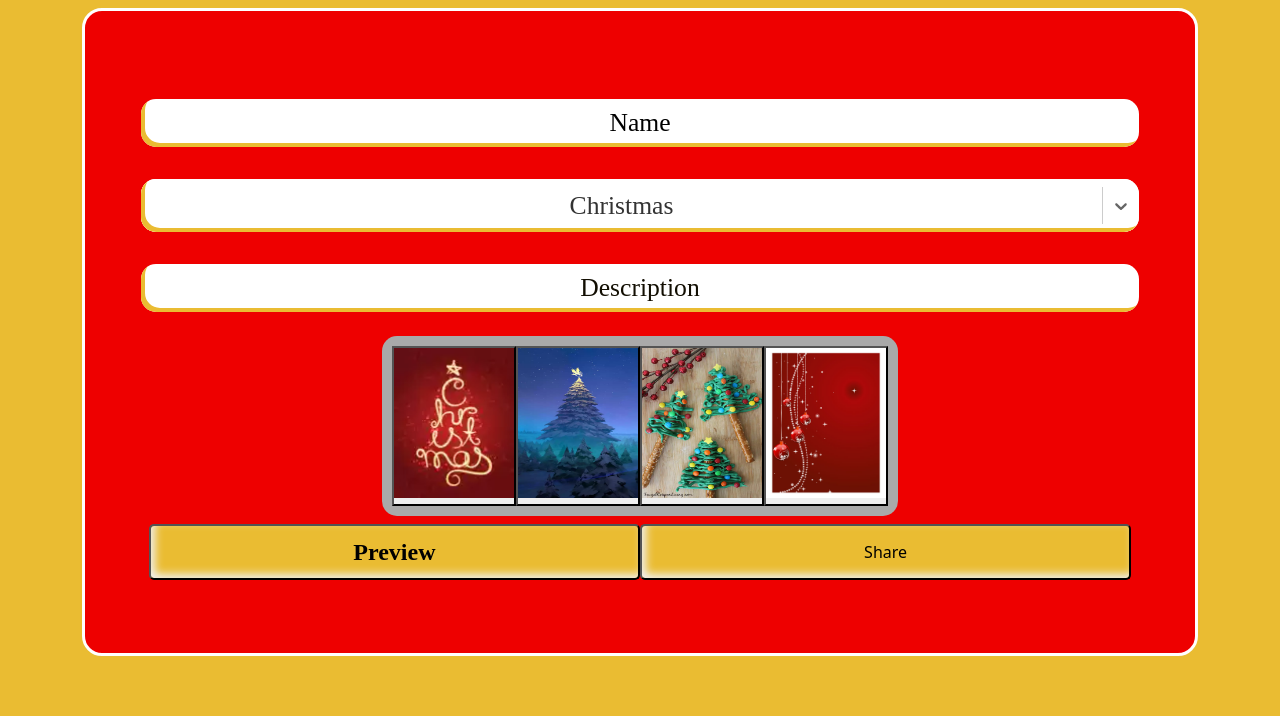
Repository: Haneef-Shaik/Greetings
Page: /
The author's editor kept a copy of each file at every save. The page is drawn from the files as they stood at one save, then again after the next save.
The browser window is 1280 px wide. The pictures show the whole page.
The project was rebuilt for these pictures with package versions that can differ from the ones it lists, and the page was loaded fresh each time. The framework's server and built-in components were replaced by stand-ins that run in the browser. Also part of the build but not shown: next.config.js, styles/card.module.scss, components/card.js, styles/socialShare.module.scss, components/socialShare.js.

Above is the page before, as saved 2021-12-05 22:24:14.

After the next save:
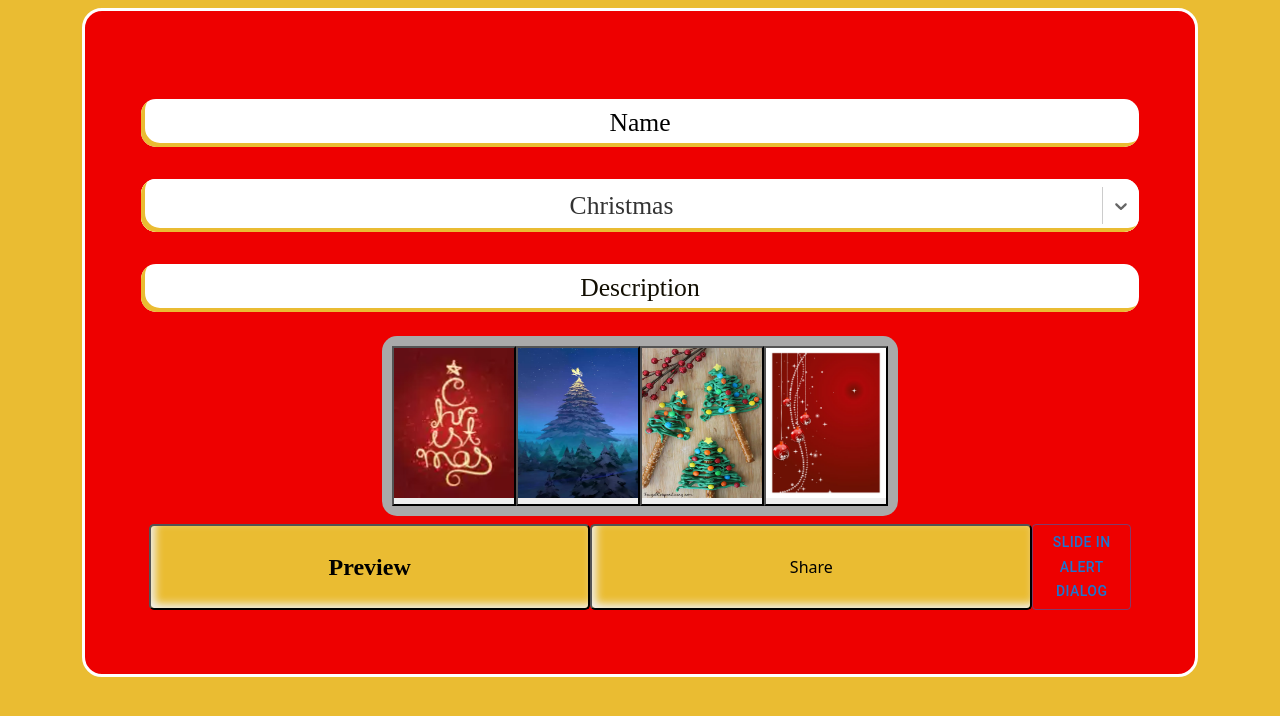
Saved 13 min 26 s later.
--- a/components/inpForm.jsx
+++ b/components/inpForm.jsx
@@ -7,6 +7,19 @@ import SELECT from 'react-select';
 import Link from 'next/link'
 
 
+import Button from '@mui/material/Button';
+import Dialog from '@mui/material/Dialog';
+import DialogActions from '@mui/material/DialogActions';
+import DialogContent from '@mui/material/DialogContent';
+import DialogContentText from '@mui/material/DialogContentText';
+import DialogTitle from '@mui/material/DialogTitle';
+import Slide from '@mui/material/Slide';
+
+
+
+const Transition = React.forwardRef(function Transition(props, ref) {
+    return <Slide direction="up" ref={ref} {...props} />;
+});
 
 function Edit() {
 
@@ -14,8 +27,18 @@ function Edit() {
 
         {label: 'Christmas',value: 'christmas'},
         {label: 'New Year',value: 'newYear'}
+    ];
 
-    ];
+    const [open, setOpen] = React.useState(false);
+
+  const handleClickOpen = () => {
+    setOpen(true);
+  };
+
+  const handleClose = () => {
+    setOpen(false);
+  };
+
 
     const [desc,setDesc]=useState("");
     const [UserName,setName]=useState("Name");
@@ -121,6 +144,29 @@ function Edit() {
                                 <div className="footerBanner p-2 m-0 d-flex justify-content-around" style={{width: '100%'}}>
                                     <button className="px-4 py-2" style={{backgroundColor:'#EABC32',boxShadow:'inset 4px -4px 8px #f0f0f0',width:'100%',borderRadius:'5px',color:'#000' }} > <Link href={`/display?event=${festivalName}&name=${festivalName}&bgImg=${IMG1} `} ><a style={{textDecoration: 'none',color:'#000',fontFamily:'Times New Roman',fontWeight:'bold',fontSize:'1.5rem'}}> Preview </a></Link> </button>
                                     <button className="px-4 py-2" style={{backgroundColor:'#EABC32',boxShadow:'inset 4px -4px 8px #f0f0f0',width:'100%',borderRadius:'5px',color:'#000' }} >  Share </button>
+
+                                    <Button variant="outlined" onClick={handleClickOpen}>
+        Slide in alert dialog
+      </Button>
+      <Dialog
+        open={open}
+        TransitionComponent={Transition}
+        keepMounted
+        onClose={handleClose}
+        aria-describedby="alert-dialog-slide-description"
+      >
+        <DialogTitle>{"Use Google's location service?"}</DialogTitle>
+        <DialogContent>
+          <DialogContentText id="alert-dialog-slide-description">
+            Let Google help apps determine location. This means sending anonymous
+            location data to Google, even when no apps are running.
+          </DialogContentText>
+        </DialogContent>
+        <DialogActions>
+          <Button onClick={handleClose}>Disagree</Button>
+          <Button onClick={handleClose}>Agree</Button>
+        </DialogActions>
+      </Dialog>
                                 </div>
                             </form>
                         </div>
